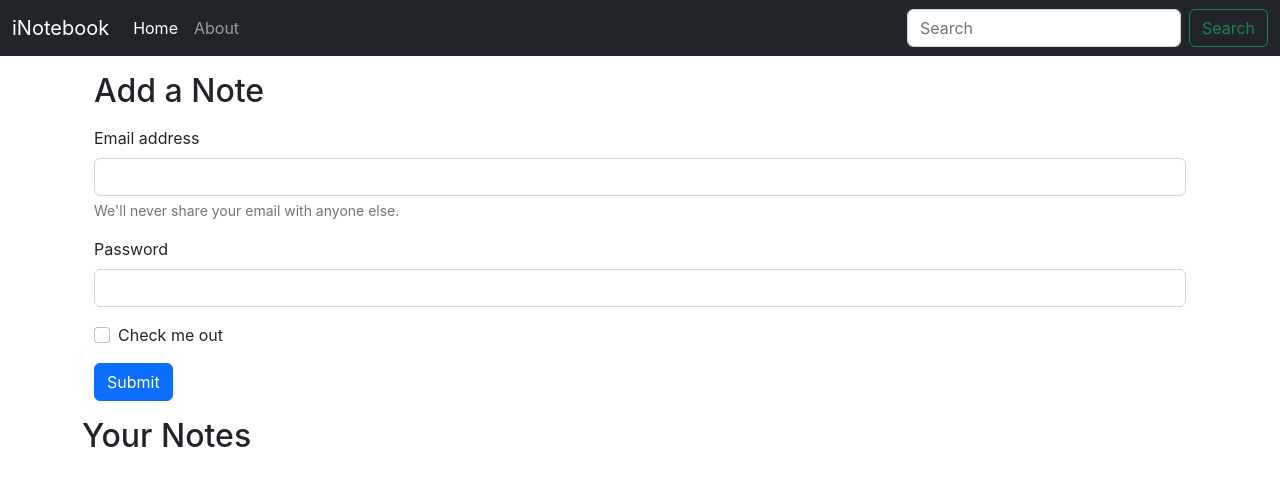
Repository: SatishPatil108/iNotebook-React
Page: /
These files come from the project's save history. The page is drawn as it stood at one moment and after the next save; the edit follows.
The browser window is 1280 px wide. The pictures show the whole page.
The project was rebuilt for these pictures with package versions that can differ from the ones it lists, and the page was loaded fresh each time. Also part of the build but not shown: src/App.css, src/components/About.js.

Above is the page before, as saved 2022-07-23 17:38:45.

After the next save:
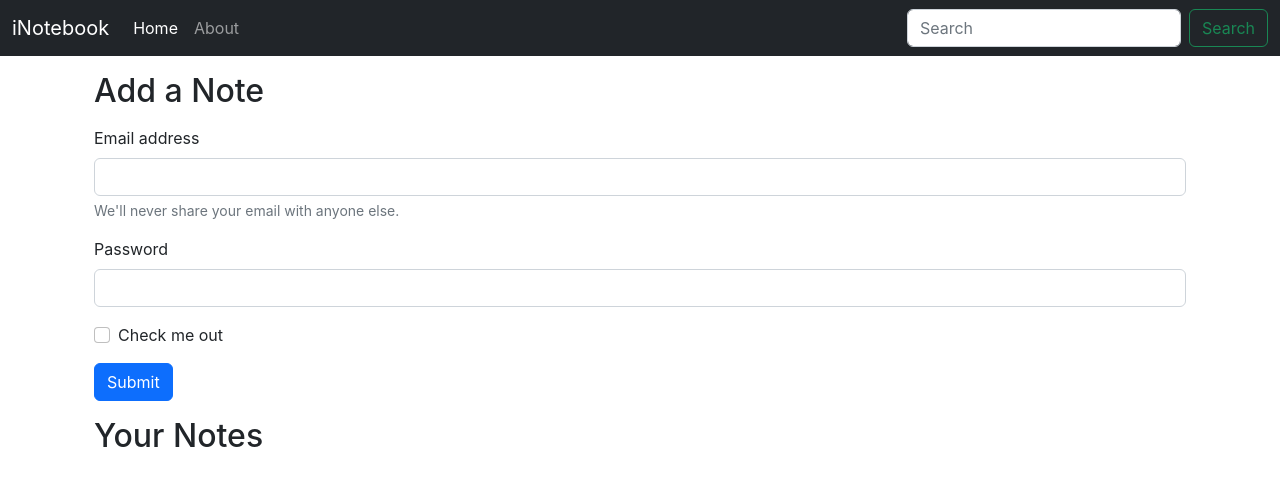
Saved 26 s later.
--- a/src/components/Home.js
+++ b/src/components/Home.js
@@ -22,7 +22,9 @@
                     <button type="submit" className="btn btn-primary">Submit</button>
                 </form>
             </div>
-            <h2>Your Notes</h2>
+            <div className="container">
+                <h2>Your Notes</h2>
+            </div>
         </div>
     )
 }
